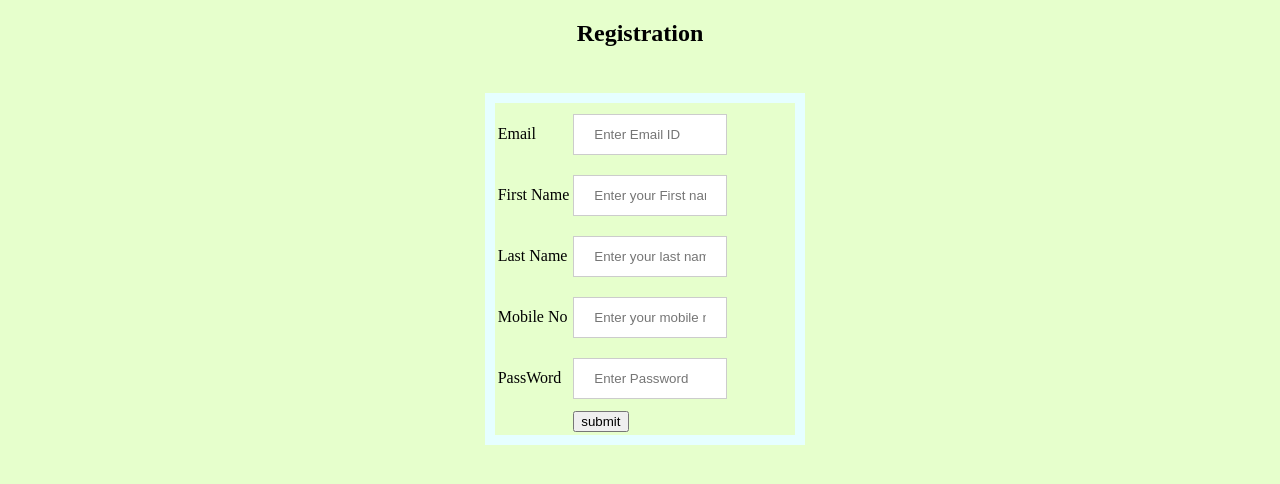
Repository: jagdishpatil18/JavaAdv
Page: Login_App/WebContent/signup.html
The author's editor kept a copy of each file at every save. The page is drawn from the files as they stood at one save, then again after the next save.
The browser window is 1280 px wide. The pictures show the whole page.

Above is the page before, as saved 2017-04-28 06:34:00.

After the next save:
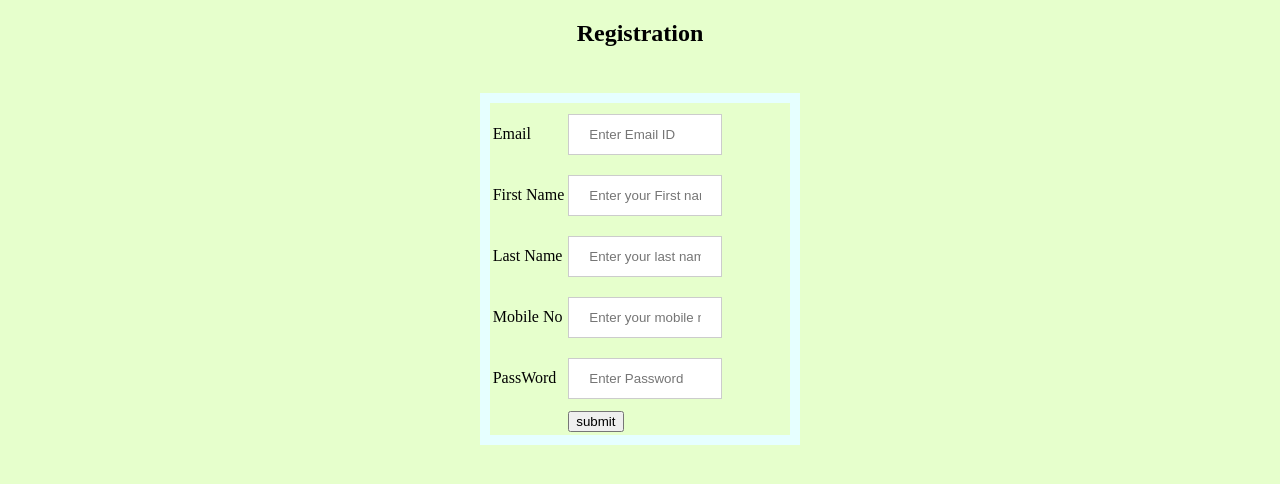
Saved 15 s later.
--- a/Login_App/WebContent/signup.html
+++ b/Login_App/WebContent/signup.html
@@ -25,7 +25,6 @@ input[type=text], input[type=password] {
 
 .container {
 	padding: 16px;
-	margin-left: 10px;
 }
 </style>
 
